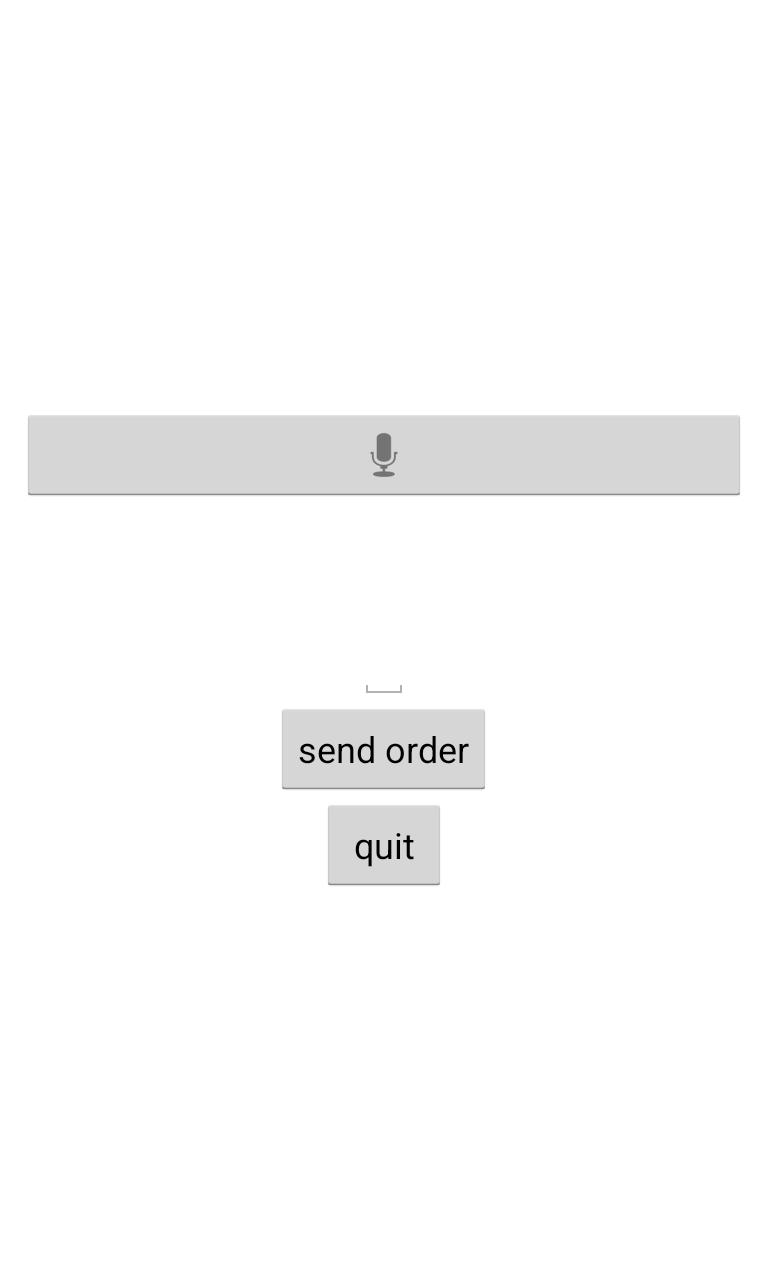
Repository: douglaschan32167/Robot-Waiter
Layout: voiceRecognition/OrderTaker/res/layout/main.xml
An editor plug-in stored every save of this project. The layout is shown before and after the next save, followed by the edit.
It is drawn on a 768 x 1280 px phone screen (xhdpi) without system bars, with theme AppTheme; the app's code is not run.

Above is the layout before, as saved 2013-11-21 06:33:19.

### voiceRecognition/OrderTaker/res/layout/main.xml
<LinearLayout xmlns:android="http://schemas.android.com/apk/res/android"
    xmlns:tools="http://schemas.android.com/tools"
    android:layout_width="fill_parent"
    android:layout_height="wrap_content"
    android:layout_above="@+id/textView1"
    android:layout_toLeftOf="@+id/textView1"
    android:gravity="center"
    android:orientation="vertical" >

    <ImageButton
        android:id="@+id/btnSpeak"
        android:layout_width="fill_parent"
        android:layout_height="wrap_content"
        android:layout_margin="10dp"
        android:layout_marginRight="10dp"
        android:layout_marginTop="10dp"
        android:contentDescription="@string/speaktext"
        android:src="@android:drawable/ic_btn_speak_now" />

    <TextView
        android:id="@+id/txtText"
        android:layout_width="wrap_content"
        android:layout_height="wrap_content"
        android:layout_marginLeft="10dp"
        android:layout_marginRight="10dp"
        android:layout_marginTop="10dp"
        android:textAppearance="?android:attr/textAppearanceLarge" />

    <EditText
        android:id="@+id/ipText"
        android:layout_width="wrap_content"
        android:layout_height="wrap_content"
        android:layout_marginLeft="10dp"
        android:layout_marginRight="10dp"
        android:layout_marginTop="10dp"
        />


    <Button
        android:id="@+id/sendOrderButton"
        android:layout_width="wrap_content"
        android:layout_height="wrap_content"
        android:text="@string/sendOrder" />

    <Button
        android:id="@+id/killButton"
        android:layout_width="wrap_content"
        android:layout_height="wrap_content"
        android:text="@string/killButton" />

</LinearLayout>

### voiceRecognition/OrderTaker/res/values/strings.xml
<?xml version="1.0" encoding="utf-8"?>
<resources>

    <string name="app_name">Order Taker</string>
    <string name="action_settings">Settings</string>
    <string name="hello_world">Hello world!</string>
    <string name="speaktext">speak</string>
    <string name="killButton">quit</string>
    <string name="sendOrder">send order</string>

</resources>

Loaded but not shown: voiceRecognition/OrderTaker/res/values/styles.xml (common file); voiceRecognition/OrderTaker/res/values-v11/styles.xml (common file); voiceRecognition/OrderTaker/res/values-v14/styles.xml (common file)

After the next save:
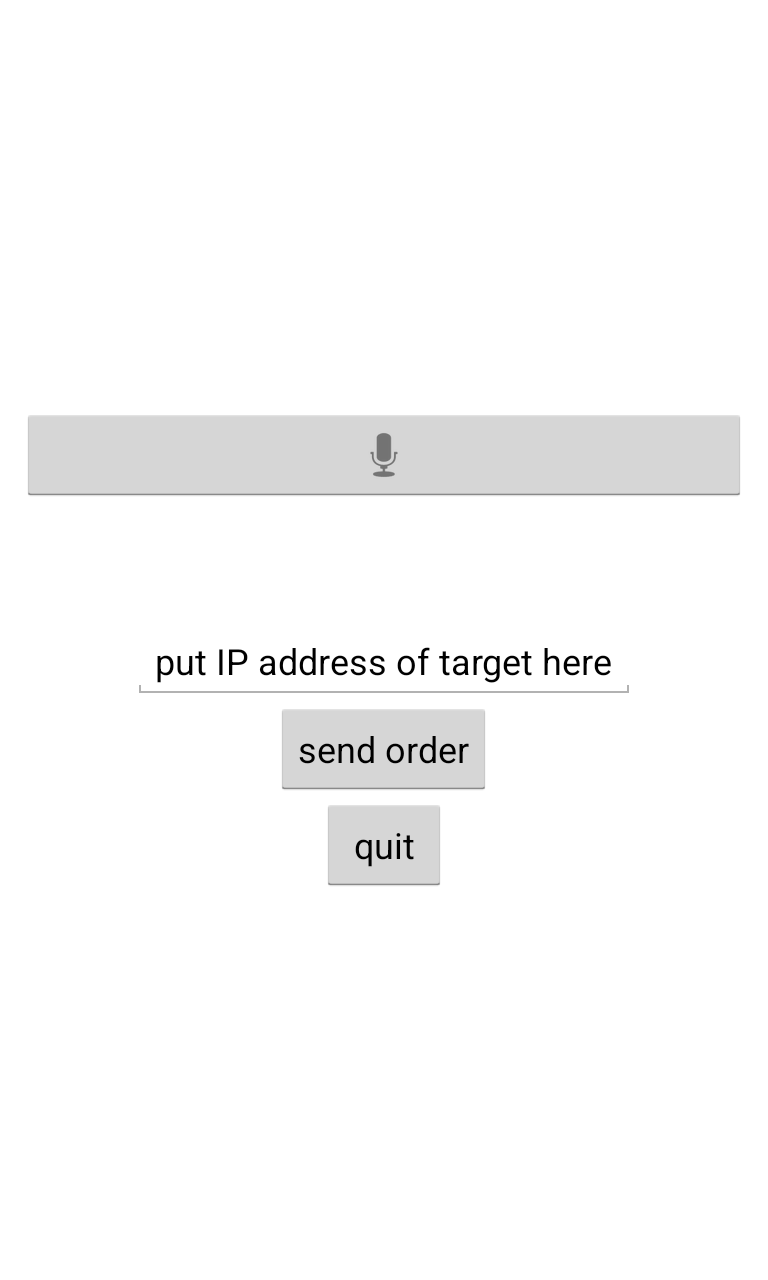
Saved 92 s later.
--- a/voiceRecognition/OrderTaker/res/layout/main.xml
+++ b/voiceRecognition/OrderTaker/res/layout/main.xml
@@ -33,6 +33,10 @@
         android:layout_marginLeft="10dp"
         android:layout_marginRight="10dp"
         android:layout_marginTop="10dp"
+        android:inputType="textShortMessage|textAutoCorrect|textCapSentences|textMultiLine"
+        android:maxLength="30"
+        android:maxLines="1"
+        android:text="put IP address of target here"
         />
 
 
